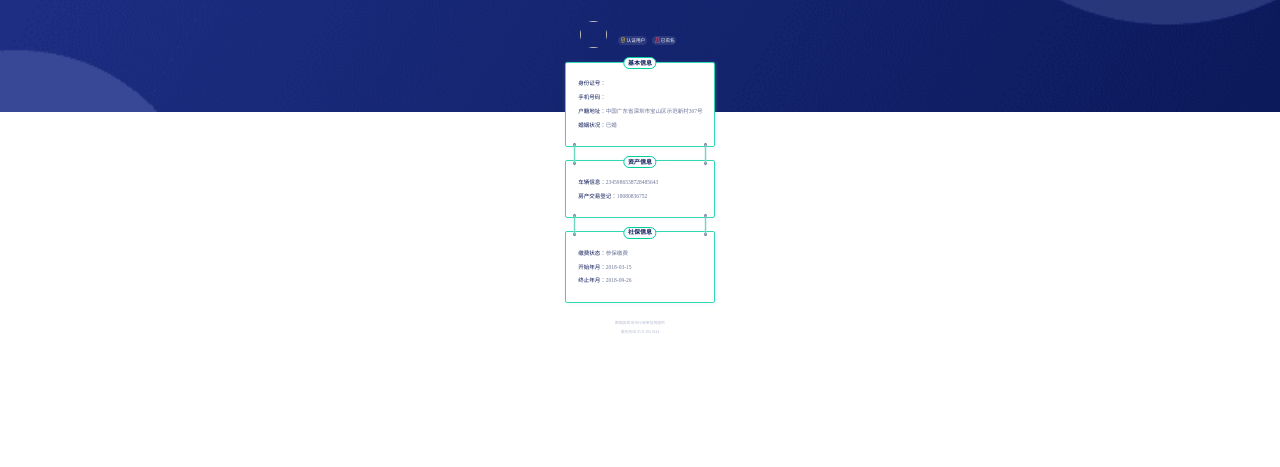
Repository: zlpstart/qingdao-new
Page: /Record
The author's editor kept a copy of each file at every save. The page is drawn from the files as they stood at one save, then again after the next save.
The browser window is 1280 px wide. The pictures show the whole page.
The page's requests for data from a server got no answer. Some web fonts or font styles are not loaded; a fallback is used. The project was rebuilt for these pictures with package versions that can differ from the ones it lists, and the page was loaded fresh each time. No one was signed in, and anything a server would have sent is missing. Also part of the build but not shown: src/components/MySpace.vue, src/components/Home.vue, src/components/Enterprise.vue, src/components/Opinion.vue, src/components/Opinion2.vue, src/components/Car.vue, src/components/House.vue, src/components/License.vue and 5 more.

Above is the page before, as saved 2019-09-22 19:35:34.

### public/index.html
<!DOCTYPE html>
<html lang="en">
  <head>
    <meta charset="utf-8">
    <meta http-equiv="X-UA-Compatible" content="IE=edge">
    <meta name="viewport" content="width=device-width,initial-scale=1.0">
    <link rel="icon" href="<%= BASE_URL %>favicon.ico">
    <title></title>
  </head>
  <body>
    <noscript>
      <strong>We're sorry but zlp doesn't work properly without JavaScript enabled. Please enable it to continue.</strong>
    </noscript>
    <div id="app"></div>
    <!-- built files will be auto injected -->
  </body>
</html>

### src/main.js
import Vue from 'vue'
import './plugins/axios'
import App from './App.vue'
import 'lib-flexible'
import router from './router'
import axios from 'axios'


//vuex
import vuex from 'vuex'
Vue.use(vuex)



import 'babel-polyfill'
import Es6Promise from 'es6-promise'
import store from './store'
require('es6-promise').polyfill()
Es6Promise.polyfill()

Vue.config.productionTip = false
Vue.prototype.$ajax = axios


// import VueWechatTitle from 'vue-wechat-title'
// Vue.use(VueWechatTitle)


// 根据路由设置标题
router.beforeEach((to, from, next) => {
  /*路由发生改变修改页面的title */
  if(to.meta.title) {
    document.title = to.meta.title
  }
  next();
})


new Vue({
  router,
  store,
  render: h => h(App)
}).$mount('#app')

### src/App.vue
<template>
  <div id="app">
    <router-view></router-view>
  </div>
</template>

<script>
export default {
  data(){
    return {

    }
  },
}
</script>


<style>
* {
  padding: 0;
  margin:0;
}
  @font-face {
    font-family:'avenir';
    src:url('./assets/NotoSansHans-Medium.otf')
  }
  h1,h2,h3,h4,h5,h6,span,b,i,li,p {
    font-family: avenir
  }
</style>

### src/router.js
import Vue from 'vue'
import Router from 'vue-router'
import MySpace from './components/MySpace'
import Home from './components/Home'
import Enterprise from './components/Enterprise'
import Opinion from './components/Opinion'
import Opinion2 from './components/Opinion2'
import Record from './components/Record'
import Car from './components/Car'
import House from './components/House'
import License from './components/License'
import License2 from './components/License2'
import Footprint from './components/Footprint'
import Record2 from './components/Record2'
import Footprint2 from './components/Footprint2'
import NotFound from './components/NotFound'


Vue.use(Router)

export default new Router({
  mode: 'history',
  routes: [
    {
      path: '/',
      name: 'MySpace',
      component:MySpace,
      meta:{title:'青岛政务通'}
    },
    {
      path: '/Home',
      name: 'Home',
      component:Home,
      meta:{title:'导航栏'}
    },
    {
      path: '/Opinion',
      name: 'Opinion',
      component:Opinion,
      meta:{title:'意见反馈'}
    },
    {
      path: '/Enterprise',
      name: 'Enterprise',
      component:Enterprise,
      meta:{title:'企业空间'}
    },
    {
      path: '/Opinion2',
      name: 'Opinion2',
      component:Opinion2,
      meta:{title:'企业意见反馈'}
    },
    {
      path: '/Record',
      name: 'Record',
      component:Record,
      meta:{title:'我的档案'}
    },
    {
      path: '/Car',
      name: 'Car',
      component:Car,
      meta:{title:'车辆登记信息'}
    },
    {
      path: '/House',
      name: 'House',
      component:House,
      meta:{title:'房屋登记信息'}
    },
    {
      path: '/License',
      name: 'License',
      component:License,
      meta:{title:'我的证照'}
    },
    {
      path: '/Footprint',
      name: 'Footprint',
      component:Footprint,
      meta:{title:'我的足迹'}
    },
    {
      path: '/Record2',
      name: 'Record2',
      component:Record2,
      meta:{title:'企业档案'}
    },
    {
      path: '/Footprint2',
      name: 'Footprint2',
      component:Footprint2,
      meta:{title:'企业足迹'}
    },
    {
      path: '/License2',
      name: 'License2',
      component:License2,
      meta:{title:'企业证照'}
    },
    { /* 404必须是最后一个路由 */
      name: '404',
      path: '*',
      meta: {
          title: '找不到页面'
      },
      component: NotFound
  }
  ]
})

### src/store/index.js
import Vue from 'vue'
import Vuex from 'vuex'
import user from './modules/user'

Vue.use(Vuex)

export default new Vuex.Store({
    modules:{
        user
    }
})

### src/components/Record.vue
<template>
  <div>
    <!-- 个人档案 -->
    <div class="Record" v-if="show">
      <TopBar></TopBar>
      <div class="header">
        <div class="header_wrap">
          <div class="header_left">
            <img :src="allUser.imgAddr" />
          </div>
          <div class="header_right">
            <div class="header_right_p">
              <p>{{allUser.realName}}</p>
            </div>
            <div class="header_right_span">
              <span>
                <img src="../assets/认证.png" alt />
                认证用户
              </span>
              <span>
                <img src="../assets/实名.png" alt />
                已实名
              </span>
            </div>
          </div>
        </div>
      </div>
      <div class="Record_content_box">
        <div :class="{legal_content:changeClass,legal2_content:changeStyle}">
          <div class="legal_title">
            <h1>基本信息</h1>
          </div>
          <ul>
            <li>
              <b>身份证号：</b>
              {{allUser.idCode}}
            </li>
            <li>
              <b>手机号码：</b>
              {{allUser.mobile}}
            </li>
            <li>
              <b>户籍地址：</b>中国广东省深圳市宝山区示范新村307号
            </li>
            <li>
              <b>婚姻状况：</b>已婚
            </li>
          </ul>
        </div>
        <div class="legal_content">
          <div class="decorate">
            <div class="decorate_left"></div>
            <div class="decorate_right"></div>
          </div>
          <div class="legal_title">
            <h1>资产信息</h1>
          </div>
          <ul>
            <li>
              <b>车辆信息：</b>2345986538728485643
            </li>
            <li>
              <b>房产交易登记：</b>18080836752
            </li>
          </ul>
        </div>
        <div class="legal_content">
          <div class="decorate">
            <div class="decorate_left"></div>
            <div class="decorate_right"></div>
          </div>
          <div class="legal_title">
            <h1>社保信息</h1>
          </div>
          <ul>
            <li>
              <b>缴费状态：</b>参保缴费
            </li>
            <li>
              <b>开始年月：</b>2018-03-15
            </li>
            <li>
              <b>终止年月：</b>2018-09-26
            </li>
          </ul>
        </div>
        <div class="kong"></div>
        <div class="bottom">
          <span></span>
          <p>数据由青岛市行政审批局提供</p>
          <span></span>
          <p>服务热线 0531-8619444</p>
        </div>
      </div>
    </div>

    <!-- 企业档案 -->
    <div class="Record" v-if="!show">
      <TopBar></TopBar>
      <div class="header">
        <div class="header_wrap">
          <div class="header_left">
            <img :src="allUser.imgAddr" />
          </div>
          <div class="header_right">
            <div class="header_right_p">
              <p>{{allUser.realName}}呵呵</p>
              <p @click="extract">提取消息</p>
            </div>
            <div class="header_right_span">
              <span>
                <img src="../assets/认证.png" alt />
                认证用户
              </span>
              <span>
                <img src="../assets/实名.png" alt />
                已实名
              </span>
            </div>
          </div>
        </div>
      </div>
      <div class="Record_content_box">
        <div :class="{legal_content:changeClass,legal2_content:changeStyle}">
          <div class="legal_title">
            <h1>基本信息</h1>
          </div>
          <ul v-if="tiqu">
            <li>
              <b>身份证号：</b>
              {{allUser.idCode}}
            </li>
            <li>
              <b>手机号码：</b>
              {{allUser.mobile}}
            </li>
            <li>
              <b>户籍地址：</b>中国广东省深圳市宝山区示范新村307号
            </li>
            <li>
              <b>婚姻状况：</b>已婚
            </li>
          </ul>
          <div class="checkbox" v-if="changeStyle">
            <input type="checkbox" v-model="box" value="基本信息"/>
          </div>
        </div>
        <div :class="{legal_content:changeClass,legal2_content:changeStyle}">
          <div class="decorate">
            <div class="decorate_left"></div>
            <div class="decorate_right"></div>
          </div>
          <div class="legal_title">
            <h1>资产信息</h1>
          </div>
          <ul v-if="tiqu">
            <li>
              <b>车辆信息：</b>2345986538728485643
            </li>
            <li>
              <b>房产交易登记：</b>18080836752
            </li>
          </ul>
          <div class="checkbox" v-if="changeStyle">
            <input type="checkbox" v-model="box" value="资产信息"/>
          </div>
        </div>
        <div :class="{legal_content:changeClass,legal2_content:changeStyle}">
          <div class="decorate">
            <div class="decorate_left"></div>
            <div class="decorate_right"></div>
          </div>
          <div class="legal_title">
            <h1>社保信息</h1>
          </div>
          <ul v-if="tiqu">
            <li>
              <b>缴费状态：</b>参保缴费
            </li>
            <li>
              <b>开始年月：</b>2018-03-15
            </li>
            <li>
              <b>终止年月：</b>2018-09-26
            </li>
          </ul>
          <div class="checkbox" v-if="changeStyle">
            <input type="checkbox" v-model="box" value="社保信息"/>
          </div>
        </div>
        <div class="kong"></div>
        <div class="bottom" v-if="changeClass">
          <span></span>
          <p>数据由青岛市行政审批局提供</p>
          <span></span>
          <p>服务热线 0531-8619444</p>
        </div>
      </div>
    </div>
    <div class="footer" v-if="changeStyle">
      <div class="footer_btn1">更多</div>
      <div class="footer_btn2">下载</div>
      <div class="footer_btn3">预览</div>
      <div class="footer_btn4">扫码打印</div>
    </div>
  </div>
</template>

<script>
import TopBar from "./TopBar";
import { mapGetters, mapActions } from "vuex";

export default {
  name: "Record",
  data() {
    return {
      tiqu: true,
      //正常样式
      changeClass: true,
      //点击样式
      changeStyle: false,
      //多选选中
      box:[]
    };
  },
  components: {
    TopBar
  },
  methods: {
    to() {
      this.$router.go(0);
    },
    ...mapActions(["getUsers"]),
    extract() {
      // if (this.tiqu == true) {
      //     this.tiqu = false
      // }else {
      //     this.tiqu = true;
      // }
      // var legal = document.getElementsByClassName("legal_title");
      // var content = document.getElementsByClassName("legal_content");
      // var decorate = document.getElementsByClassName("decorate")
      // for(var i = 0 ; i < legal.length; i ++){
      //     if (legal[i].style.top < 1) {
      //         legal[i].style.top="1.3867rem"
      //         legal[i].style.transition = "all 1s"
      //         content[i].style.width = '7.5067rem'
      //         legal[i].style.width = "all 1s"
      //         content[i].style.left = ' -0.5667rem'
      //         legal[i].style.left = "all 1s"
      //         decorate[i].style.width = '7.4267rem'
      //         legal[i].style.width = "all 1s"
      //     }else if(legal[i].style.top > 1){
      //         legal[i].style.top="0.3867rem"
      //          content[i].style.width = 'none'
      //         content[i].style.transition = 'all 1s'
      //     }
      // }
      // console.log(legal[i].style.top)

      this.changeClass = !this.changeClass;
      this.changeStyle = !this.changeStyle;
      this.tiqu = !this.tiqu;
      console.log(this.changeClass);
    }
  },
  created() {
    this.getUsers();
  },
  computed: {
    ...mapGetters(["allUser", "show"])
  }
};
</script>

<style scoped>
* {
  padding: 0;
  margin: 0;
}
.Record {
  height: 100vh;
}
ul {
  list-style: none;
}
a {
  text-decoration: none;
}
body {
  background: #f7faff;
}
.logo {
  width: 100%;
  height: 0.3733rem;
  position: absolute;
  top: 1.0133rem;
}
.logo_left p {
  float: left;
}
.logo_left p:nth-child(1) {
  margin-left: 0.3867rem;
}
.logo_left p:nth-child(2) {
  margin-left: 0.32rem;
}
.logo_left img {
  width: 0.4rem;
  height: 0.4rem;
}
.logo a {
  color: white;
}
.logo_title {
  width: 4.6333rem;
  margin: 0 auto;
  text-align: center;
}
.logo_title p {
  font-size: 0.4rem;
  font-weight: 500;
  color: rgba(255, 255, 255, 1);
}
.header {
  width: 100%;
  height: 1.7067rem;
  position: absolute;
  top: 1.32rem;
}
.header_wrap {
  width: 7.48rem;
  margin: 0 auto;
  padding: 0 0.72rem;
}
.header_left {
  width: 1.7067rem;
  height: 1.7067rem;
  float: left;
  border-radius: 1.7067rem;
  overflow: hidden;
}
.header_left img {
  width: 1.7067rem;
  height: 1.7067rem;
  background-size: 100%;
  overflow: hidden;
}
.header_right {
  width: 2.9rem;
  height: 1.3333rem;
  float: left;
  margin-left: 0.64rem;
}
.header_right_p {
  width: 5.6667rem;
  height: 0.7rem;
}
.header_right_p p {
  font-size: 0.4267rem;
  font-weight: 500;
  color: rgba(255, 255, 255, 1);
  float: left;
}
.header_right_span {
  width: 5.2667rem;
  margin-top: 0.2267rem;
  height: 0.5867rem;
}
.header_right_span img {
  width: 0.2933rem;
  height: 0.3333rem;
  margin-left: 0.0933rem;
}
.header_right_span span {
  padding: 0.0933rem 0.0933rem 0.0933rem 0.0933rem;
  border-radius: 0.32rem;
  background: rgba(255, 255, 255, 0.1);
  float: left;
  margin-left: 0.32rem;
  font-size: 0.2933rem;
  font-weight: 500;
  color: rgba(255, 255, 255, 1);
}
.header_right_span span:nth-child(1) {
  margin-left: 0;
}

.header_right_p p:nth-child(2) {
  width: 1.8533rem;
  font-size: 0.4267rem;
  font-family: PingFangSC;
  font-weight: 600;
  color: rgba(255, 255, 255, 1);
  float: left;
  margin-left: 2.24rem;
}

.decorate {
  width: 8.4267rem;
  padding: 0 0.4267rem;
  position: absolute;
  top: -1.16rem;
  left: 0;
}
.checkbox {
  position: absolute;
  right: -0.7667rem;
}
.checkbox input[type="checkbox"] {
  width: 0.2667rem;
  height: 0.2667rem;
  border: 0.0133rem solid #000;
  border-radius: 50%;
}
.decorate img {
  width: 100%;
  height: 100%;
}
.decorate_left {
  width: 0.24rem;
  background: url("../assets/连接.png") no-repeat center center;
  background-size: 100%;
  height: 1.36rem;
  float: left;
}
.decorate_right {
  width: 0.24rem;
  background: url("../assets/连接.png") no-repeat center center;
  height: 1.36rem;
  background-size: 100%;
  float: right;
}

.Record_content_box {
  width: 100%;
  position: absolute;
  top: 3.0267rem;
  left: 50%;
  transform: translate(-50%);
  margin-bottom: 0.9333rem;
}
.kong {
  width: 100%;
  height: 1rem;
}
.bottom {
  width: 100%;
  height: 1.3333rem;
  line-height: 0.5667rem;
  text-align: center;
}
.bottom p {
  font-size: 0.24rem;
  font-weight: 400;
  color: #babfd4;
}
/* 更改前 */
.legal_content ul li {
  font-size: 0.3467rem;
  font-weight: 400;
  color: #6c7498;
}
.legal_content ul li b {
  font-size: 0.3467rem;
  font-weight: 400;
  color: rgba(11, 24, 86, 1);
}
.legal_content:nth-child(1).decorate {
  display: none;
}
.legal_content {
  width: 8.5067rem;
  background: rgba(255, 255, 255, 1);
  box-shadow: 0.0533rem 0.0533rem 0.2667rem 0rem rgba(173, 206, 255, 0.2);
  border-radius: 0.1333rem;
  border: 0.0133rem solid rgba(0, 206, 159, 0.8);
  margin: 0 auto;
  margin-top: 0.8267rem;
  position: relative;
  padding: 1.0133rem 0 1.0933rem 0.7733rem;
}
.legal_content li:nth-child(1) {
  margin-top: 0;
}
.legal_content li b {
  font-size: 0.3467rem;
  font-weight: 400;
  color: #0b1856;
}
.legal_content li {
  font-size: 0.3467rem;
  font-weight: 400;
  margin-top: 0.3733rem;
  color: rgba(11, 24, 86, 1);
}
.legal_title {
  padding: 0.1033rem 0.2333rem;
  height: 0.42rem;
  background: rgba(250, 252, 255, 1);
  border-radius: 0.36rem;
  border: 0.0267rem solid rgba(0, 206, 159, 1);
  margin: 0 auto;
  line-height: 0.42rem;
  text-align: center;
  position: absolute;
  top: 0.3867rem;
  left: 50%;
  margin-top: -0.36rem;
  transform: translate(-50%, -50%);
  transition: 1s all;
}
.legal_title h1 {
  font-size: 0.3733rem;
  font-family: PingFangSC-Medium;
  color: rgba(11, 24, 86, 1);
}
/* 更改后 */

.legal2_content ul li {
  font-size: 0.3467rem;
  font-weight: 400;
  color: #6c7498;
}
.legal2_content ul li b {
  font-size: 0.3467rem;
  font-weight: 400;
  color: rgba(11, 24, 86, 1);
}
.legal2_content:nth-child(1).decorate {
  display: none;
}
.legal2_content {
  width: 7.5067rem;
  background: rgba(255, 255, 255, 1);
  box-shadow: 0.0533rem 0.0533rem 0.2667rem 0rem rgba(173, 206, 255, 0.2);
  border-radius: 0.1333rem;
  border: 0.0133rem solid rgba(0, 206, 159, 0.8);
  margin: 0 auto;
  transition: 1s all;
  left: -0.5667rem;
  margin-top: 0.8267rem;
  position: relative;
  padding: 1.0133rem 0 1.0933rem 0.7733rem;
}
.legal2_content li:nth-child(1) {
  margin-top: 0;
}
.legal2_content li b {
  font-size: 0.3467rem;
  font-weight: 400;
  color: #0b1856;
}
.legal2_content li {
  font-size: 0.3467rem;
  font-weight: 400;
  margin-top: 0.3733rem;
  color: rgba(11, 24, 86, 1);
}
.legal2_content .legal_title h1 {
  font-size: 0.3733rem;
  font-family: PingFangSC-Medium;
  color: rgba(11, 24, 86, 1);
}
.legal2_content .legal_title {
  padding: 0.1033rem 0.2333rem;
  height: 0.42rem;
  background: rgba(250, 252, 255, 1);
  border-radius: 0.36rem;
  border: 0.0267rem solid rgba(0, 206, 159, 1);
  margin: 0 auto;
  line-height: 0.42rem;
  text-align: center;
  position: absolute;
  top: 1.3867rem;
  left: 50%;
  transition: 1s all;
  margin-top: -0.36rem;
  transform: translate(-50%, -50%);
}
.legal2_content .decorate {
  width: 7.4267rem;
}
.footer {
  width: 100%;
  height: 1.8667rem;
  line-height: 1.8667rem;
  position: fixed;
  bottom: 0;
  background: gray;
}
.footer_btn1,
.footer_btn2,
.footer_btn3 {
  width: 1.6rem;
  height: 0.8rem;
  background: rgba(255, 255, 255, 0.99);
  border-radius: 30px;
  border: 0.0267rem solid rgba(0, 194, 150, 1);
  line-height: 0.8rem;
  float: left;
  text-align: center;
  font-size: 0.3467rem;
  font-family: PingFangSC-Semibold, PingFangSC;
  font-weight: 600;
  color: rgba(0, 194, 150, 1);
  margin-top: 0.32rem;
  margin-left: 0.4267rem
}

input[type="checkbox"]{
    width: 20px;
    height: 20px;
    border: 1px solid #000;
    border-radius: 50%;
}
.footer_btn4 {
  width: 2.1333rem;
  height: 0.8rem;
  background: rgba(0, 194, 150, 1);
  box-shadow: 0px 0.0267rem 0.1333rem 0rem rgba(0, 194, 150, 0.53);
  border-radius: 0.4rem;
  line-height: 0.8rem;
  float: left;
  text-align: center;
  font-size: 0.3467rem;
  font-family: PingFangSC-Semibold, PingFangSC;
  font-weight: 600;
  color: rgba(255, 255, 255, 1);
  margin-top: 0.32rem;
  margin-left: 1.4667rem;
}
</style>

### src/store/modules/user.js
import axios from 'axios'

const state ={
    user:[],
    code:"",
    boy:require("../../assets/boy.png"),
    gril:require("../../assets/gril.png"),
    corporation:require("../../assets/corporation.png"),
    show:true
}

const getters = {
    allUser: state => state.user,
    userImg: state => state.img,
    boy: state => state.boy,
    gril: state => state.gril,
    show:state => state.show
}

const mutations = {
    // 更改user信息方法
    setUsers:(state,users) => (state.user = users),
    //获取用户code
    getCode:(state) => {
        let URL = window.location.href  // 获取到当前url
        var b = ""      //准备获取code
        if(URL.indexOf("=")>-1){ //判断url里最后一个=的位置 是否大于0
            b = URL.substring(URL.indexOf("=")+1,URL.length-16)  // 如果大于0 则截取URL的=后字符串
            window.localStorage.setItem("code",b)   //将URL的code 存入localStorage
        }
        state.code = window.localStorage.getItem("code")      //获取到localStorage 里的的code 并存入code变量
    },
}

const actions = {
     async getUsers({commit,state}){
        await commit("getCode")
        axios.get("http://120.55.60.206:18082/api/getUserInfo?code="+state.code) //请求接口
        .then(res => {
            // console.log("成功请求",res)
            res.data.category = 0
            if(res.data.category == 13){
                state.show = true
                // console.log(state.show)
                window.open("/")
                axios.get("http://120.55.60.206:18082/api/getNormalUserDetailInfo?code="+state.code)
                .then(i => {
                    // console.log(i.data)
                    if(i.data.imgAddr == ""){       //判断用户是否上传头像
                        if(i.data.gender == 0){     //判断用户是否是男人
                            i.data.imgAddr = state.boy    //把接口数据的空值 改成本地男生图片路径
                            // console.log(i.data.imgAddr)
                        }else{                      //判断用户是否是女人
                            i.data.imgAddr = state.gril   //把接口数据的空值 改成本地女生图片路径
                            // console.log(i.data.imgAddr)
                        }
                    }
                    commit("setUsers",i.data)
                })
                .catch(j => console.log(j))
            }else {
                state.show = false
                // console.log(state.show)
                window.open("/Enterprise")
                axios.get("http://120.55.60.206:18082/api/getNormalUserDetailInfo?code="+state.code)
                .then(a => {
                    // console.log(a.data)
                    if(a.data.imgAddr == ""){
                        a.data.imgAddr = state.corporation
                    }
                    commit("setUsers",a.data)
                })
                // .catch(b => console.log(b))
            }
            commit("setUsers",res.data)
        })
    }
}

export default {
    state,
    getters,
    mutations,
    actions
}

### src/components/TopBar.vue
<template>
    <div class="TopBar">

    </div>
</template>

<script>
export default {
    name:"TopBar",
    data(){
        return {

        }
    },
    methods:{

    },
}
</script>

<style scoped>
* {
    padding: 0;
    margin: 0;
}
ul {
    list-style: none;
}
a {
    text-decoration: none;
}
body {
    background: #F7FAFF;
}
.TopBar {
    width: 100%;
    height: 7.0267rem;
    background: url("../assets/topbackground.png")no-repeat center center;
    background-size:100%;
}

</style>

Loaded but not shown: src/plugins/axios.js (common file)

After the next save:
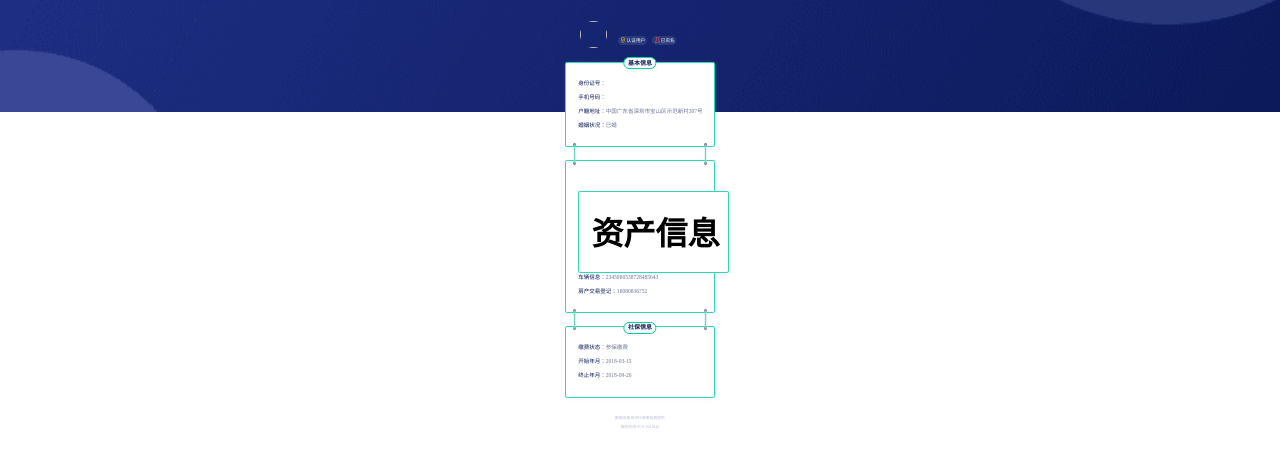
Saved 11 s later.
--- a/src/components/Record.vue
+++ b/src/components/Record.vue
@@ -52,7 +52,7 @@
             <div class="decorate_left"></div>
             <div class="decorate_right"></div>
           </div>
-          <div class="legal_title">
+          <div :class="{legal_content:changeClass,legal2_content:changeStyle}">
             <h1>资产信息</h1>
           </div>
           <ul>
